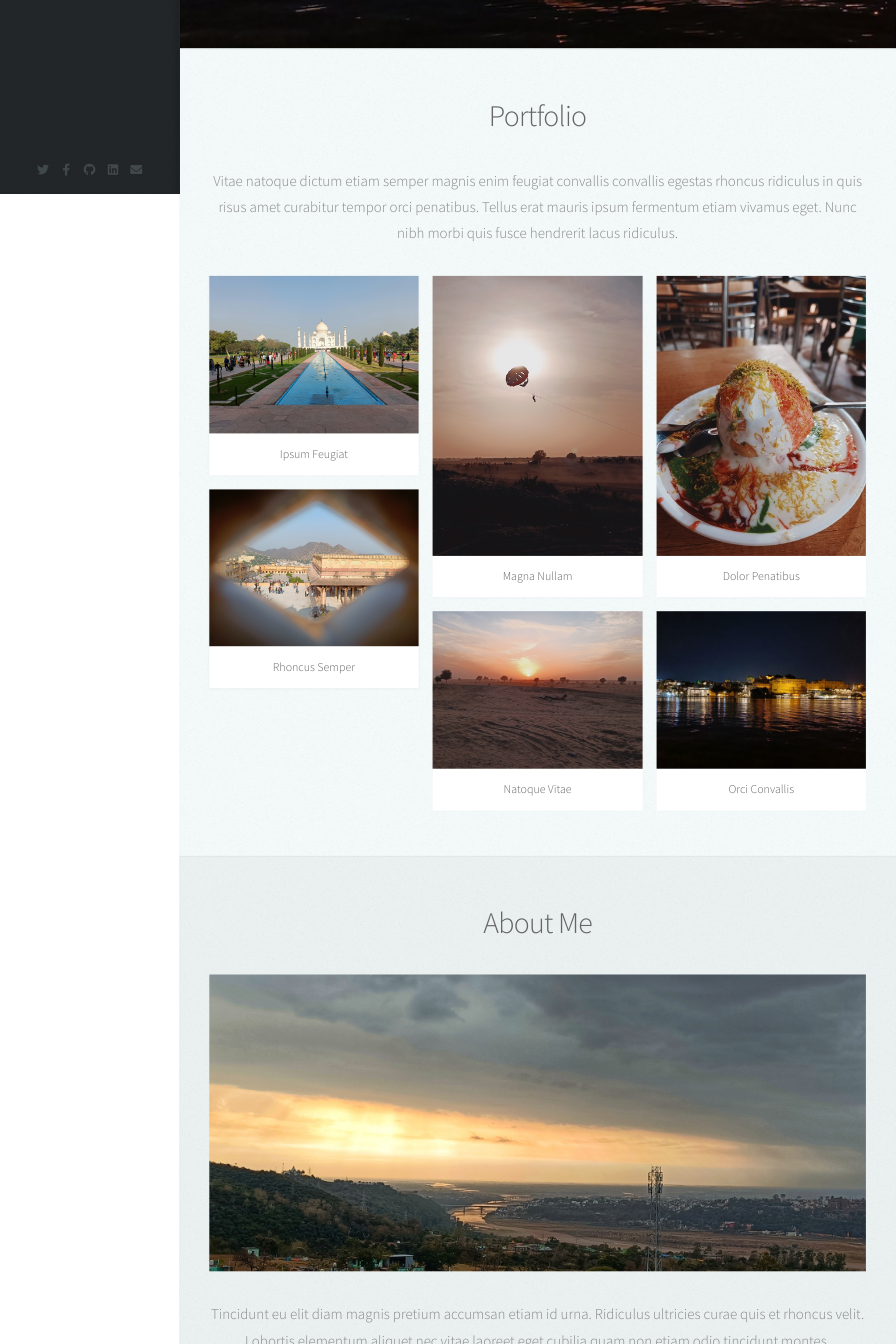
Repository: lovishchib/lovishchib.github.io
Page: index.html
The author's editor kept a copy of each file at every save. The page is drawn from the files as they stood at one save, then again after the next save.
The browser window is 1280 px wide. The pictures show the part of the page from y = 443 to 2363 px (the page is 3572 px tall before and 3535 px after), at 70% of full size.

Above is the page before, as saved 2022-02-11 20:49:51.

### index.html
<!DOCTYPE HTML>
<!--
	Prologue by HTML5 UP
	html5up.net | @ajlkn
	Free for personal and commercial use under the CCA 3.0 license (html5up.net/license)
-->
<html>
	<head>
		<title>Prologue by HTML5 UP</title>
		<meta charset="utf-8" />
		<meta name="viewport" content="width=device-width, initial-scale=1, user-scalable=no" />
		<link rel="stylesheet" href="assets/css/main.css" />
	</head>
	<body class="is-preload">

		<!-- Header -->
			<div id="header">

				<div class="top">

					<!-- Logo -->
						<div id="logo">
							<span class="image avatar48"><img src="images/avatar.jpg" alt="" /></span>
							<h1 id="title">Lovish Singh Chib</h1>
							<p>Senior Software Engineer</p>
						</div>

					<!-- Nav -->
						<nav id="nav">
							<ul>
								<li><a href="#top" id="top-link"><span class="icon solid fa-home">Intro</span></a></li>
								<li><a href="#portfolio" id="portfolio-link"><span class="icon solid fa-th">Portfolio</span></a></li>
								<li><a href="#about" id="about-link"><span class="icon solid fa-user">About Me</span></a></li>
								<li><a href="#contact" id="contact-link"><span class="icon solid fa-envelope">Contact</span></a></li>
							</ul>
						</nav>

				</div>

				<div class="bottom">

					<!-- Social Icons -->
						<ul class="icons">
							<li><a href="https://twitter.com/lovishchib" class="icon brands fa-twitter"><span class="label">Twitter</span></a></li>
							<li><a href="https://www.facebook.com/lovishsinghchib" class="icon brands fa-facebook-f"><span class="label">Facebook</span></a></li>
							<li><a href="https://github.com/lovishchib" class="icon brands fa-github"><span class="label">Github</span></a></li>
							<li><a href="https://www.linkedin.com/in/lovish-chib/" class="icon brands fa-linkedin"><span class="label">Linkedin</span></a></li>
							<li><a href="mailto:lovishchib@outlook.com" class="icon solid fa-envelope"><span class="label">Email</span></a></li>
						</ul>

				</div>

			</div>

		<!-- Main -->
			<div id="main">

				<!-- Intro -->
					<section id="top" class="one dark cover">
						<div class="container">

							<header>
								<h2 class="alt">Hi! I'm <strong>Lovish Chib</strong>,<br/> a techie
								by heart</h2>
								<p>A traveller and a foodie rest of the times</p>
							</header>

							<footer>
								<a href="#contact" class="button scrolly">Get in touch</a>
							</footer>

						</div>
					</section>

				<!-- Portfolio -->
					<section id="portfolio" class="two">
						<div class="container">

							<header>
								<h2>Portfolio</h2>
							</header>

							<p>Vitae natoque dictum etiam semper magnis enim feugiat convallis convallis
							egestas rhoncus ridiculus in quis risus amet curabitur tempor orci penatibus.
							Tellus erat mauris ipsum fermentum etiam vivamus eget. Nunc nibh morbi quis
							fusce hendrerit lacus ridiculus.</p>

							<div class="row">
								<div class="col-4 col-12-mobile">
									<article class="item">
										<a href="#" class="image fit"><img src="images/pic02.jpg" alt="" /></a>
										<header>
											<h3>Ipsum Feugiat</h3>
										</header>
									</article>
									<article class="item">
										<a href="#" class="image fit"><img src="images/pic03.jpg" alt="" /></a>
										<header>
											<h3>Rhoncus Semper</h3>
										</header>
									</article>
								</div>
								<div class="col-4 col-12-mobile">
									<article class="item">
										<a href="#" class="image fit"><img src="images/pic04.jpg" alt="" /></a>
										<header>
											<h3>Magna Nullam</h3>
										</header>
									</article>
									<article class="item">
										<a href="#" class="image fit"><img src="images/pic05.jpg" alt="" /></a>
										<header>
											<h3>Natoque Vitae</h3>
										</header>
									</article>
								</div>
								<div class="col-4 col-12-mobile">
									<article class="item">
										<a href="#" class="image fit"><img src="images/pic06.jpg" alt="" /></a>
										<header>
											<h3>Dolor Penatibus</h3>
										</header>
									</article>
									<article class="item">
										<a href="#" class="image fit"><img src="images/pic07.jpg" alt="" /></a>
										<header>
											<h3>Orci Convallis</h3>
										</header>
									</article>
								</div>
							</div>

						</div>
					</section>

				<!-- About Me -->
					<section id="about" class="three">
						<div class="container">

							<header>
								<h2>About Me</h2>
							</header>

							<a href="#" class="image featured"><img src="images/pic08.jpg" alt="" /></a>

							<p>Tincidunt eu elit diam magnis pretium accumsan etiam id urna. Ridiculus
							ultricies curae quis et rhoncus velit. Lobortis elementum aliquet nec vitae
							laoreet eget cubilia quam non etiam odio tincidunt montes. Elementum sem
							parturient nulla quam placerat viverra mauris non cum elit tempus ullamcorper
							dolor. Libero rutrum ut lacinia donec curae mus vel quisque sociis nec
							ornare iaculis.</p>

						</div>
					</section>

				<!-- Contact -->
					<section id="contact" class="four">
						<div class="container">

							<header>
								<h2>Contact</h2>
							</header>

							<p>Elementum sem parturient nulla quam placerat viverra
							mauris non cum elit tempus ullamcorper dolor. Libero rutrum ut lacinia
							donec curae mus. Eleifend id porttitor ac ultricies lobortis sem nunc
							orci ridiculus faucibus a consectetur. Porttitor curae mauris urna mi dolor.</p>

							<form method="post" action="#">
								<div class="row">
									<div class="col-6 col-12-mobile"><input type="text" name="name" placeholder="Name" /></div>
									<div class="col-6 col-12-mobile"><input type="text" name="email" placeholder="Email" /></div>
									<div class="col-12">
										<textarea name="message" placeholder="Message"></textarea>
									</div>
									<div class="col-12">
										<input type="submit" value="Send Message" />
									</div>
								</div>
							</form>

						</div>
					</section>

			</div>

		<!-- Footer -->
			<div id="footer">

				<!-- Copyright -->
					<ul class="copyright">
						<li>&copy; Untitled. All rights reserved.</li><li>Design: <a href="http://html5up.net">HTML5 UP</a></li>
					</ul>

			</div>

		<!-- Scripts -->
			<script src="assets/js/jquery.min.js"></script>
			<script src="assets/js/jquery.scrolly.min.js"></script>
			<script src="assets/js/jquery.scrollex.min.js"></script>
			<script src="assets/js/browser.min.js"></script>
			<script src="assets/js/breakpoints.min.js"></script>
			<script src="assets/js/util.js"></script>
			<script src="assets/js/main.js"></script>

	</body>
</html>

Loaded but not shown: assets/css/fontawesome-all.min.css (library); assets/js/jquery.min.js (library); assets/js/jquery.scrolly.min.js (common file); assets/js/jquery.scrollex.min.js (common file); assets/js/browser.min.js (common file); assets/js/breakpoints.min.js (common file); assets/js/util.js (587 lines, source omitted); assets/js/main.js (123 lines, source omitted); assets/css/main.css (2633 lines, source omitted)

After the next save:
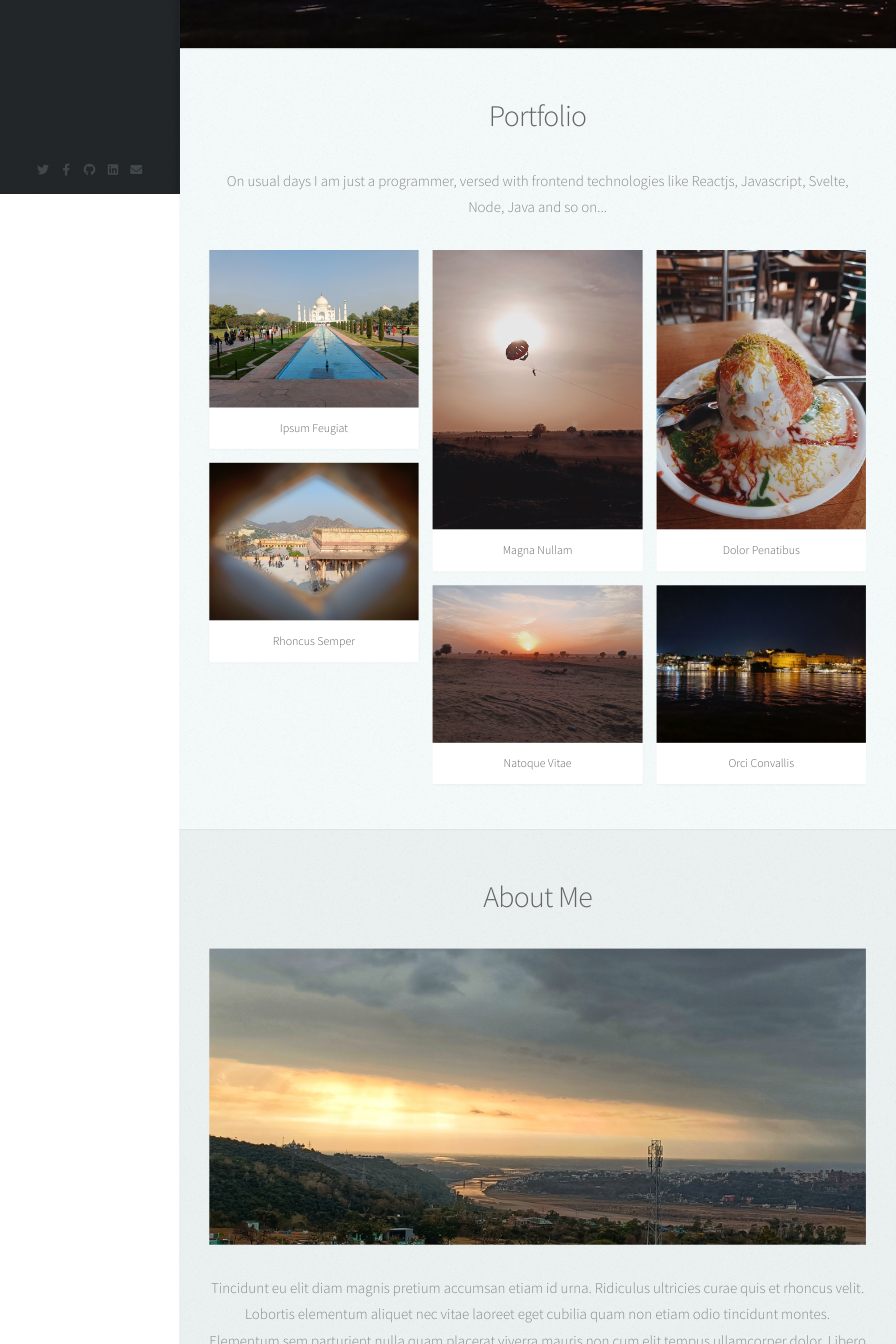
Saved 5 min 28 s later.
--- a/index.html
+++ b/index.html
@@ -80,10 +80,7 @@
 								<h2>Portfolio</h2>
 							</header>
 
-							<p>Vitae natoque dictum etiam semper magnis enim feugiat convallis convallis
-							egestas rhoncus ridiculus in quis risus amet curabitur tempor orci penatibus.
-							Tellus erat mauris ipsum fermentum etiam vivamus eget. Nunc nibh morbi quis
-							fusce hendrerit lacus ridiculus.</p>
+							<p>On usual days I am just a programmer, versed with frontend technologies like Reactjs, Javascript, Svelte, Node, Java and so on... </p>
 
 							<div class="row">
 								<div class="col-4 col-12-mobile">
